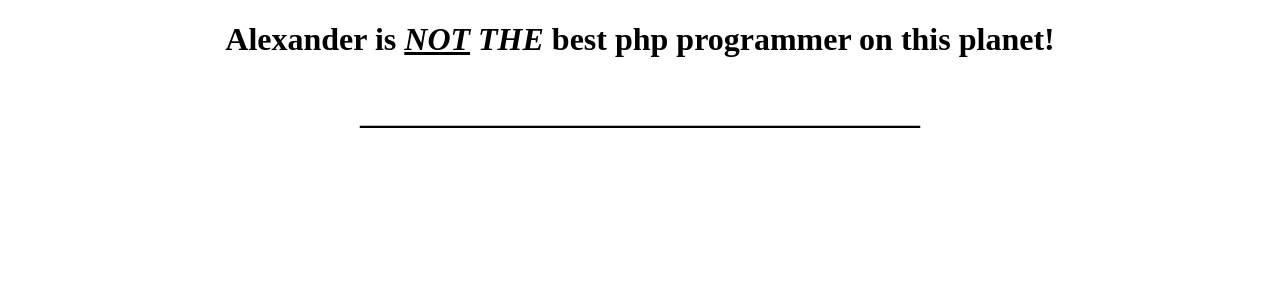
Repository: Lexscher/PHP-practice
Page: http://localhost/
The author's editor kept a record of every edit. The page is drawn from the files as they stood at one moment, then again after the next edit.
The browser window is 1280 px wide. The pictures show the whole page.
The page is run by PHP 8.4 with error messages shown; the project is at /var/www/html/.

Above is the page before.

After the next edit:
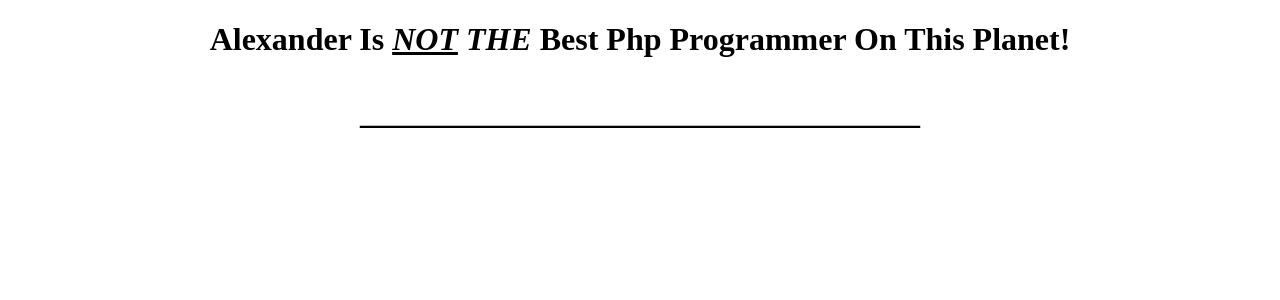
The edit:
--- a/index.php
+++ b/index.php
@@ -18,7 +18,7 @@
                 // String Manipulattion
                 $bs = "Alexander is the best php programmer on this planet!";
                 $truth = "<i><u>not</u> the</i>";
-                echo str_replace("the", strtoupper($truth), $bs);
+                echo str_replace(ucwords("the"), strtoupper($truth), ucwords($bs));
                 separate();
 
 
